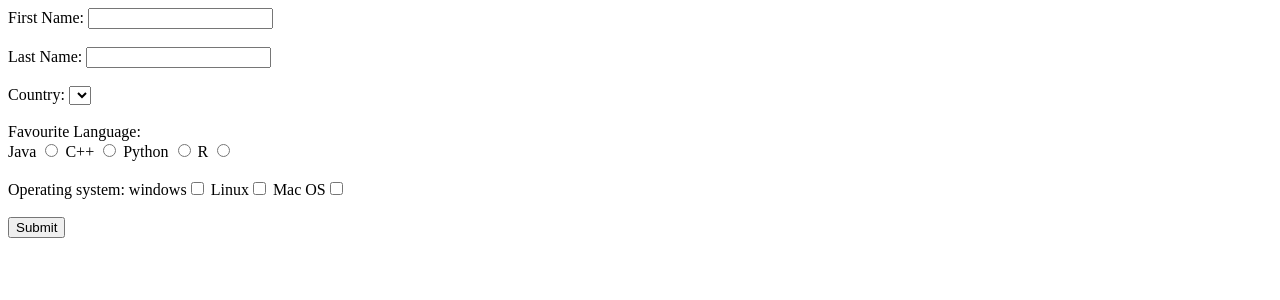
Repository: shrinathjoshi/Eclipse-Backup-Projects
Page: http://localhost/spring-mvc-demo-Velocity/WEB-INF/view/student-form.jsp
These files come from the project's save history. The page is drawn as it stood at one moment and after the next save; the edit follows.
The browser window is 1280 px wide. The pictures show the whole page.
The page is served by Tomcat 9. Nobody is signed in. Other server files are loaded and not shown. The template is opened directly, without the code that normally fills it, so the values that code supplies are empty.

Above is the page before, as saved 2018-08-05 05:12:24.

### spring-mvc-demo-Velocity/WebContent/WEB-INF/view/student-form.jsp
<%@ page language="java" contentType="text/html; charset=ISO-8859-1"
    pageEncoding="ISO-8859-1"%>
<%@ taglib prefix="mvc" uri="http://www.springframework.org/tags/form"%>
<!DOCTYPE html PUBLIC "-//W3C//DTD HTML 4.01 Transitional//EN" "http://www.w3.org/TR/html4/loose.dtd">
<html>
<head>
<meta http-equiv="Content-Type" content="text/html; charset=ISO-8859-1">
<title>Student Regestration</title>
</head>
<body>

	<mvc:form action="processForm" modelAttribute="student">

	First Name: <mvc:input path="firstName"/>
	<br>
	<br>
	Last Name: <mvc:input path="lastName"/>
	<br><br>

	Country:
	<mvc:select path="country">
		<mvc:options items="${student.countryOptions}"/>

	</mvc:select>

	<br><br>
	Favourite Language:
	<br>
	Java <mvc:radiobutton path="favouriteLanguage" value="Java" />
	C++ <mvc:radiobutton path="favouriteLanguage" value="C++" />
	Python <mvc:radiobutton path="favouriteLanguage" value="Python" />
	R <mvc:radiobutton path="favouriteLanguage" value="R" />

	<br><br>
	Operating system:

	windows<mvc:checkbox path="operatingSystem" value="Windows"/>
	Linux<mvc:checkbox path="operatingSystem" value="Linux"/>
	Mac OS<mvc:checkbox path="operatingSystem" value="Mac Os"/>
	<br><br>


	<input type="submit" value="Submit" />

	</mvc:form>



</body>
</html>

After the next save:
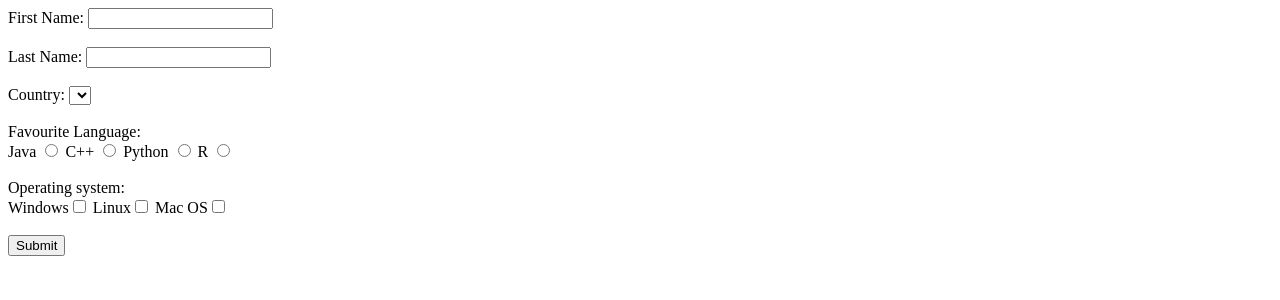
Saved 59 s later.
--- a/spring-mvc-demo-Velocity/WebContent/WEB-INF/view/student-form.jsp
+++ b/spring-mvc-demo-Velocity/WebContent/WEB-INF/view/student-form.jsp
@@ -33,8 +33,8 @@
 
 	<br><br>
 	Operating system:
-
-	windows<mvc:checkbox path="operatingSystem" value="Windows"/>
+	<br>
+	Windows<mvc:checkbox path="operatingSystem" value="Windows"/>
 	Linux<mvc:checkbox path="operatingSystem" value="Linux"/>
 	Mac OS<mvc:checkbox path="operatingSystem" value="Mac Os"/>
 	<br><br>
